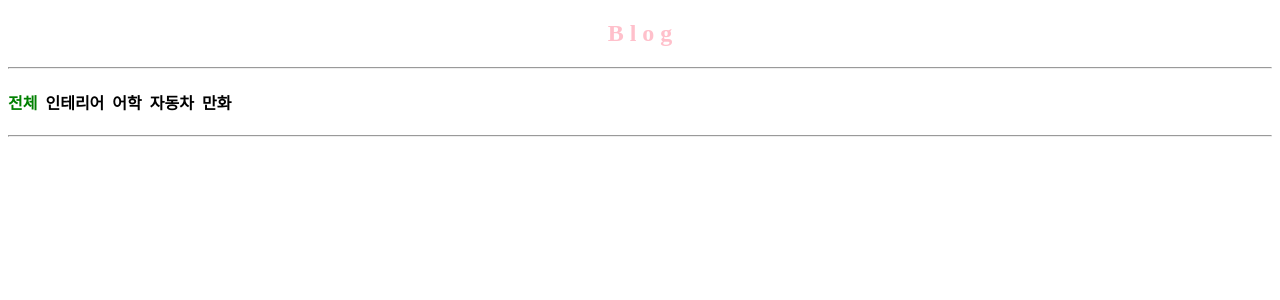
Repository: basstpgns/20201029html
Page: jsp/html/quiz04.html
These files come from the project's save history. The page is drawn as it stood at one moment and after the next save; the edit follows.
The browser window is 1280 px wide. The pictures show the whole page.

Above is the page before, as saved 2020-10-30 07:11:25.

### jsp/html/quiz04.html
<!DOCTYPE html>
<html>
<head>
<meta charset="UTF-8">
<title>Insert title here</title>
</head>
<body>
	<header>
		<div style="text-align: center;">
			<h2 style="color: pink;">B l o g</h2>
		</div>
			<hr>
			<h4><font style="color: green;">전체</font>&nbsp;&nbsp;인테리어&nbsp;&nbsp;어학&nbsp;&nbsp;자동차&nbsp;&nbsp;만화</b></h4>
			<hr>
	</header>
</body>
</html>

After the next save:
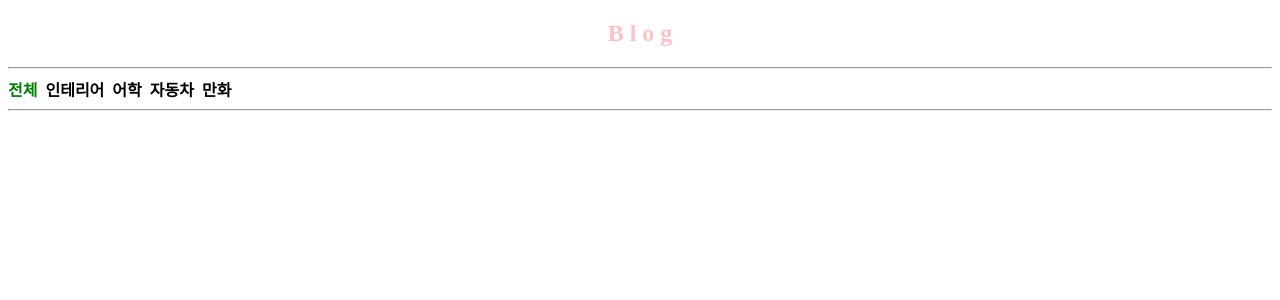
Saved 10 s later.
--- a/jsp/html/quiz04.html
+++ b/jsp/html/quiz04.html
@@ -10,7 +10,7 @@
 			<h2 style="color: pink;">B l o g</h2>
 		</div>
 			<hr>
-			<h4><font style="color: green;">전체</font>&nbsp;&nbsp;인테리어&nbsp;&nbsp;어학&nbsp;&nbsp;자동차&nbsp;&nbsp;만화</b></h4>
+			<b><font style="color: green;">전체</font>&nbsp;&nbsp;인테리어&nbsp;&nbsp;어학&nbsp;&nbsp;자동차&nbsp;&nbsp;만화</b>
 			<hr>
 	</header>
 </body>
